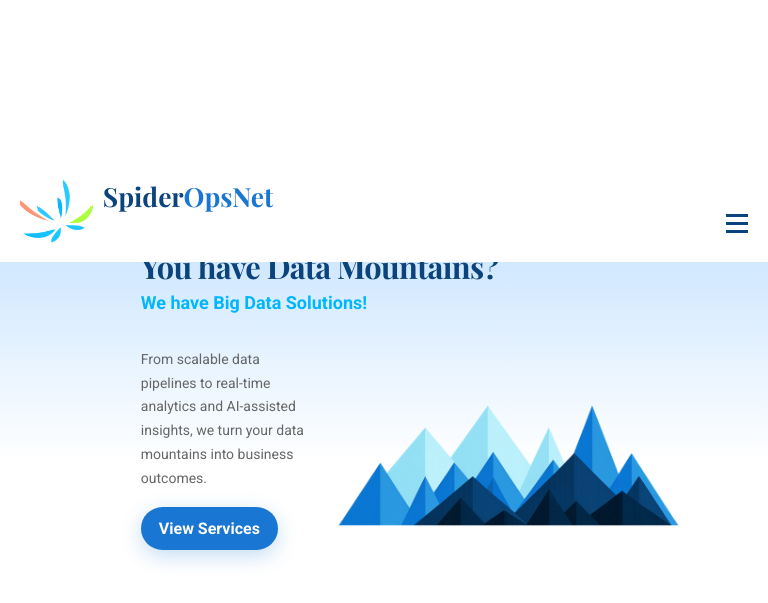
Repository: Yeshwanth-189/spiderOpsNet
Page: / (app in spideropsnet-frontend/)
These files come from the project's save history. The page is drawn as it stood at one moment and after the next save; the edit follows.
The browser window is 768 px wide. The pictures show the whole page.
The project was rebuilt for these pictures with package versions that can differ from the ones it lists, and the page was loaded fresh each time. Also part of the build but not shown: spideropsnet-frontend/vite.config.js.

Above is the page before, as saved 2025-09-04 15:26:32.

### spideropsnet-frontend/index.html
<!DOCTYPE html>
<html lang="en">
  <head>
    <meta charset="UTF-8" />
    <link rel="icon" type="image/svg+xml" href="/spideropsnet.svg" />
    <link
      href="https://fonts.googleapis.com/css2?family=Playfair+Display:wght@400;600;700&family=Roboto:wght@400;500;700&display=swap"
      rel="stylesheet"
    />
    <meta name="viewport" content="width=device-width, initial-scale=1.0" />
    <title>SpiderOpsNet</title>
  </head>
  <body>
    <div id="root"></div>
    <script type="module" src="/src/main.jsx"></script>
  </body>
</html>

### spideropsnet-frontend/src/App.jsx
import "./App.css";
import SpiderOpsNet from "./components/SpiderOpsNet";
import { BrowserRouter as Router, Routes, Route } from "react-router-dom";

function App() {
  return (
    <>
      <Router>
        <Routes>
          <Route path="/" element={<SpiderOpsNet />} />
          {/* <Route path="/overview" element={<Overview />} />
          <Route path="/profession" element={<Profession />} />
          <Route path="/projects" element={<Project />} />
          <Route path="/education" element={<Education />} />
          <Route path="/skills" element={<Skills />} />
          <Route path="/achievements" element={<Awards />} /> */}
        </Routes>
      </Router>
    </>
  );
}

export default App;

### spideropsnet-frontend/src/App.css
:root {
  /* Brand Colors */
  --color-primary: #0b437c; /* Dark Navy Blue */
  --color-secondary: #00b6fd; /* Professional Light Blue */

  /* Backgrounds */
  --color-bg: #ffffff;
  --color-bg-light: #f5f5f5;

  /* Neutral Grays */
  --color-gray-dark: #333333;
  --color-gray-mid: #666666;
  --color-gray-light: #f5f5f5;

  /* Status Colors */
  --color-success: #2e7d32;
  --color-warning: #ed6c02;
  --color-error: #d32f2f;

  /* Typography */
  --font-heading: "Playfair Display", serif;
  --font-body: "Roboto", sans-serif;

  /* Font Sizes (scalable for responsive design) */
  --text-h1: 2.5rem;
  --text-h2: 2rem;
  --text-h3: 1.5rem;
  --text-body: 1rem;
  --text-small: 0.875rem;

  /* Spacing (consistent padding/margin system) */
  --space-xs: 4px;
  --space-sm: 8px;
  --space-md: 16px;
  --space-lg: 24px;
  --space-xl: 32px;

  /* Border Radius */
  --radius-sm: 4px;
  --radius-md: 8px;
  --radius-lg: 16px;

  /* Shadows */
  --shadow-sm: 0 1px 2px rgba(0, 0, 0, 0.05);
  --shadow-md: 0 4px 6px rgba(0, 0, 0, 0.1);
  --shadow-lg: 0 10px 15px rgba(0, 0, 0, 0.15);
}

html,
body {
  margin: 0;
  padding: 0;
}
* {
  box-sizing: border-box;
}
/* Base Typography */
body {
  font-family: var(--font-body);
  font-size: var(--text-body);
  color: var(--color-gray-dark);
  background-color: var(--color-bg);
  margin: 0;
  padding: 0;
}

h1,
h2,
h3,
h4,
h5,
h6 {
  font-family: var(--font-heading);
  color: var(--color-primary);
  margin: 0 0 var(--space-md);
}

p {
  margin: 0 0 var(--space-md);
  color: var(--color-gray-mid);
}

### spideropsnet-frontend/src/components/SpiderOpsNet.jsx
import React from "react";
import Hero from "../components/Hero";
import NavBar from "../components/NavBar";
// import Experience from "../components/Experience";
// import Communications from "../components/Communications";
import "../styles/SpiderOpsNet.css";

function SpiderOpsNet() {
  return (
    <>
      <NavBar />
      <Hero />
      {/* <Experience />
      <Communications /> */}
    </>
  );
}

export default SpiderOpsNet;

### spideropsnet-frontend/src/components/Hero.jsx
import React from "react";
import "../styles//Hero.css";
import DataMountains from "../assets/DataMountains.png";
// eslint-disable-next-line no-unused-vars
import { motion, useReducedMotion } from "framer-motion";

export default function Hero({
  title = "You have Data Mountains?",
  subtitle = "We have Big Data Solutions!",
  paragraph = "From scalable data pipelines to real-time analytics and AI-assisted insights, we turn your data mountains into business outcomes.",
  ctaText = "View Services",
  onCtaClick = () => {},
  imageAlt = "Abstract mountain range representing big data layers",
}) {
  const prefersReducedMotion = useReducedMotion();

  const initial = prefersReducedMotion ? { opacity: 0 } : { opacity: 0, y: 40 };
  const animate = prefersReducedMotion ? { opacity: 1 } : { opacity: 1, y: 0 };
  const transition = prefersReducedMotion
    ? { duration: 0.6, ease: "easeOut" }
    : { duration: 0.9, ease: "easeOut" };
  return (
    <motion.section
      className="hero"
      aria-label="Data Solutions Hero"
      initial={initial}
      animate={animate}
      transition={transition}
    >
      <header className="hero__header">
        <h1 className="hero__title">{title}</h1>
        <h1 className="hero__subtitle">{subtitle}</h1>
      </header>

      <div className="hero__left">
        <p className="hero__paragraph">{paragraph}</p>
        <button className="hero__cta" onClick={onCtaClick} aria-label={ctaText}>
          {ctaText}
        </button>
      </div>

      <figure className="hero__right">
        <img
          className="hero__image"
          src={DataMountains}
          alt={imageAlt}
          loading="eager"
        />
      </figure>
    </motion.section>
  );
}

### spideropsnet-frontend/src/components/NavBar.jsx
import React, { useState } from "react";
import { Link } from "react-router-dom";
import "../styles/NavBar.css";
import SpiderOpsNet from "../assets/SpiderOpsNet.png";

function Navbar() {
  const [isOpen, setIsOpen] = useState(false);

  return (
    <nav className="navbar">
      <div className="navbar-grid">
        <div className="col-1" />

        <div className="col-2to11 navbar-content">
          <div className="navbar-logo">
            <img
              alt="logo"
              className="navbar-logo-image"
              src={SpiderOpsNet}
            ></img>
            <h2>
              <span className="primary"></span>Spider
              <span className="secondary">OpsNet</span>
            </h2>
            <div className="hamburger" onClick={() => setIsOpen(!isOpen)}>
              <span className={isOpen ? "bar rotate-top" : "bar"}></span>
              <span className={isOpen ? "bar fade" : "bar"}></span>
              <span className={isOpen ? "bar rotate-bottom" : "bar"}></span>
            </div>
          </div>

          {/* Links */}
          <div className={`navbar-links ${isOpen ? "open" : ""}`}>
            <Link to="/Home" onClick={() => setIsOpen(false)}>
              Home
            </Link>
            <Link to="/About" onClick={() => setIsOpen(false)}>
              About
            </Link>
            <Link to="/Services" onClick={() => setIsOpen(false)}>
              Services
            </Link>
            <Link to="/Projects" onClick={() => setIsOpen(false)}>
              Projects
            </Link>
            <Link to="/Gallery" onClick={() => setIsOpen(false)}>
              Gallery
            </Link>
            <Link to="/Blogs" onClick={() => setIsOpen(false)}>
              Blogs
            </Link>
            <Link to="/Contact" onClick={() => setIsOpen(false)}>
              Contact
            </Link>
          </div>
        </div>

        <div className="col-12" />
      </div>
    </nav>
  );
}

export default Navbar;

### spideropsnet-frontend/src/styles/Hero.css
:root {
  --brand-primary: var(--color-primary, #0a2540); /* Dark Navy */
  --brand-accent: var(--color-accent, #1976d2); /* Light Blue */
  --surface: var(--color-surface, #ffffff);
  --text: var(--color-text, #333333);
  --muted: var(--color-muted, #666666);
  --elev: 24px;
}

/* Grid shell: 12 columns desktop, 4 columns mobile */
.hero {
  --gutter: clamp(12px, 2vw, 24px);
  display: grid;
  grid-template-columns:
    [line1] 1fr /* empty gutter */
    [line2] repeat(10, minmax(0, 1fr)) /* content */
    [line12] 1fr /* empty gutter */
    [line13];
  gap: var(--gutter);
  padding: clamp(32px, 6vw, 80px) var(--gutter);
  background: linear-gradient(180deg, rgb(195, 225, 255), transparent 60%),
    var(--surface);
  color: var(--text);
  margin-top: 5%;
}

.hero__header {
  grid-column: 3 / 12;
}

.hero__title {
  margin: 0 0 8px 0;
  font-size: clamp(28px, 4vw, 56px);
  line-height: 1.1;
  letter-spacing: -0.02em;
  color: var(--brand-primary);
  font-family: "Playfair Display", ui-serif, Georgia, serif;
}

.hero__subtitle {
  margin: 0 0 clamp(16px, 2.5vw, 28px) 0;
  font-size: clamp(18px, 2.2vw, 28px);
  line-height: 1.2;
  color: var(--color-secondary);
  font-family: Roboto, system-ui, -apple-system, Segoe UI, "Helvetica Neue",
    Arial, sans-serif;
}

.hero__left {
  grid-column: 3 / 6;
  align-self: start;
}

.hero__paragraph {
  margin: 0 0 16px 0;
  font-size: clamp(14px, 1.2vw, 18px);
  line-height: 1.7;
}

.hero__cta {
  appearance: none;
  border: none;
  cursor: pointer;
  padding: 12px 18px;
  border-radius: 999px;
  background: var(--brand-accent);
  color: #fff;
  font-weight: 600;
  font-size: 16px;
  box-shadow: 0 6px 20px rgba(25, 118, 210, 0.25);
  transition: transform 120ms ease, box-shadow 120ms ease, filter 120ms ease;
}

.hero__cta:hover {
  transform: translateY(-1px);
  box-shadow: 0 10px 28px rgba(25, 118, 210, 0.35);
}

.hero__cta:active {
  transform: translateY(0);
  filter: brightness(0.96);
}

/* Right block: lines 6 → 12 (i.e., cols 6–11 inclusive) */
.hero__right {
  grid-column: 6 / 12;
  margin: 0;
}

.hero__image {
  width: 100%;
  height: auto;
  display: block;
}

/* Responsive: switch to 4-column grid on mobile */
@media (max-width: 767.98px) {
  .hero {
    grid-template-columns:
      [m1] 1fr /* empty */
      [m2] repeat(2, minmax(0, 1fr)) /* content */
      [m4] 1fr /* empty */
      [m5];
  }

  .hero__header,
  .hero__left,
  .hero__right {
    grid-column: 2 / 4; /* span the two content columns */
  }

  .hero__right {
    order: 3;
  }
  .hero__left {
    order: 2;
  }
  .hero__header {
    order: 1;
  }
}

/* Prefers-reduced-motion respect */
@media (prefers-reduced-motion: reduce) {
  .hero__cta {
    transition: none;
  }
}

### spideropsnet-frontend/src/styles/NavBar.css
.navbar {
  position: fixed;
  width: 100%;
  background-color: var(--color-bg);
  z-index: 999;
  padding: 12px 0;
}

.navbar-grid {
  display: grid;
  grid-template-columns: repeat(12, 1fr);
  align-items: center;
  max-width: 1400px;
  margin: 0 auto;
  padding: 0 20px;
}

.col-1 {
  grid-column: 1 / 2;
}

.col-2to11 {
  grid-column: 2 / 12;
  display: flex;
  justify-content: space-between;
  align-items: center;
}

.col-12 {
  display: none;
}

/* Left: Logo */
.navbar-logo {
  font-family: "Playfair Display", serif;
  font-size: 1.3rem;
  color: var(--color-primary);
  display: flex;
  justify-content: flex-start;
  align-items: flex-start;
  gap: 10px;
  width: 100%;
}

.navbar-logo-image {
  width: 5%;
}

.primary {
  color: #0a2540;
}

.secondary {
  color: #1976d2;
}

/* Right: Links */
.navbar-links {
  display: flex;
  gap: 32px;
  font-family: "Playfair Display", serif;
  font-size: 0.95rem;
}

.navbar-links a {
  color: var(--color-secondary);
  text-decoration: none;
  transition: color 0.3s ease;
  position: relative;
}

.navbar-links a:hover {
  color: --color-primary;
}

.navbar-links a::after {
  content: "";
  display: block;
  height: 2px;
  width: 0;
  background-color: var(--color-secondary);
  transition: width 0.3s ease;
  position: absolute;
  bottom: -4px;
  left: 0;
}

.navbar-links a:hover::after {
  width: 100%;
}
.hamburger {
  display: none;
  flex-direction: column;
  justify-content: center;
  align-items: flex-end;
  gap: 5px;
  margin-left: auto;
  cursor: pointer;
  z-index: 1000;
}

.bar {
  width: 22px;
  height: 3px;
  background-color: var(--color-primary);
  transition: all 0.3s ease;
}

.rotate-top {
  transform: rotate(45deg) translateY(8px);
}

.fade {
  opacity: 0;
}

.rotate-bottom {
  transform: rotate(-45deg) translateY(-8px);
}

/* Responsive */
@media screen and (max-width: 768px) {
  .navbar-grid {
    grid-template-columns: 1fr;
  }

  .col-2to11 {
    flex-direction: column;
    gap: 14px;
    grid-column: span 12;
  }

  .navbar-logo {
    font-size: 1.1rem;
  }

  .navbar-logo-image {
    width: 10%;
  }

  .navbar-links {
    flex-direction: column;
    gap: 12px;
  }
  @media screen and (max-width: 768px) {
    .hamburger {
      margin-top: 5%;
      display: flex;
    }
    .navbar{
      top:0,
      border-bottom: 1px solid #0a2540;
    }

    .navbar-links {
      display: none;
      flex-direction: column;
      gap: 16px;
      margin-top: 1rem;
      width: 100%;
    }

    .navbar-links.open {
      display: flex;
      animation: fadeIn 0.3s ease-in-out;
    }
  }

  @keyframes fadeIn {
    from {
      opacity: 0;
      transform: translateY(-10px);
    }
    to {
      opacity: 1;
      transform: translateY(0);
    }
  }
}

Loaded but not shown: spideropsnet-frontend/src/main.jsx (common file); spideropsnet-frontend/src/index.css (common file); spideropsnet-frontend/src/styles/SpiderOpsNet.css (no stored copy; drawn as an empty file)

After the next save:
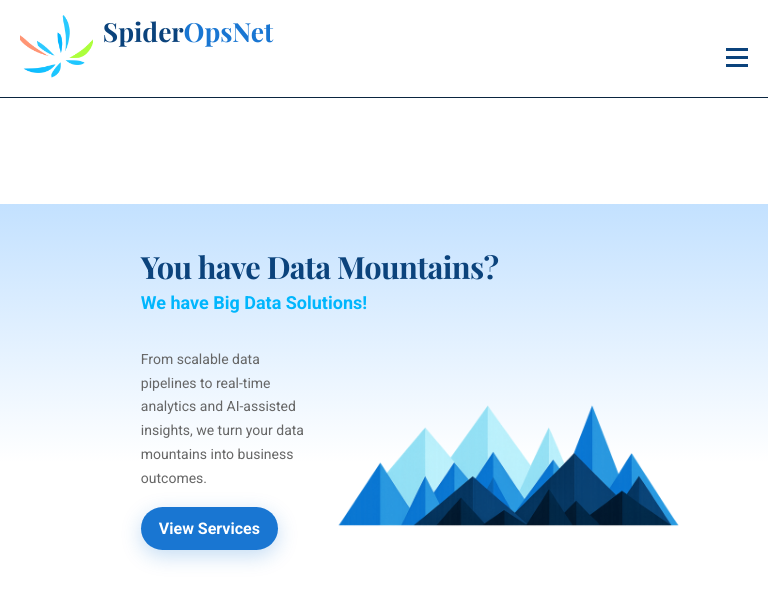
Saved 32 s later.
--- a/spideropsnet-frontend/src/styles/NavBar.css
+++ b/spideropsnet-frontend/src/styles/NavBar.css
@@ -147,8 +147,8 @@
       margin-top: 5%;
       display: flex;
     }
-    .navbar{
-      top:0,
+    .navbar {
+      top: 0;
       border-bottom: 1px solid #0a2540;
     }
 
